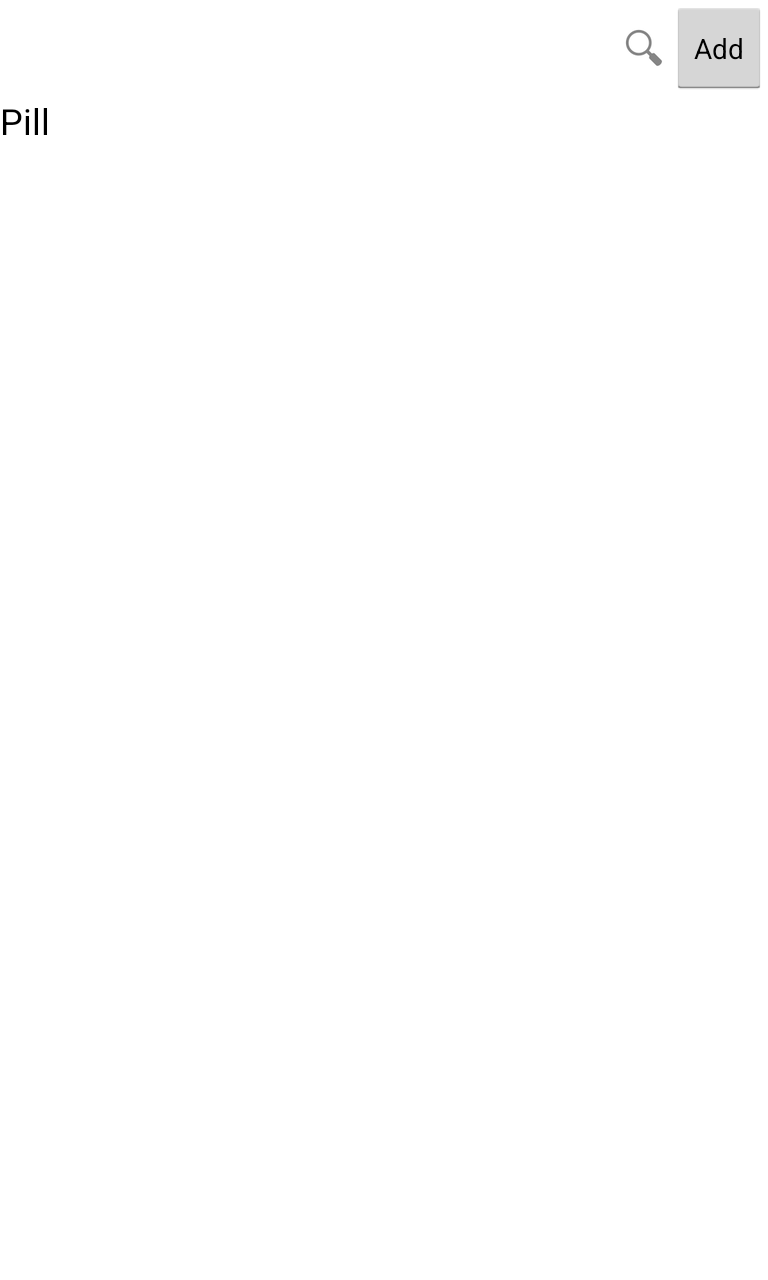
Repository: ranika/pilltracker
Layout: PillTracker/res/layout/fragment_prescription.xml
An editor plug-in stored every save of this project. The layout is shown before and after the next save, followed by the edit.
It is drawn on a 768 x 1280 px phone screen (xhdpi) without system bars, with theme AppTheme; the app's code is not run.

Above is the layout before, as saved 2014-04-10 03:44:46.

### PillTracker/res/layout/fragment_prescription.xml
<RelativeLayout xmlns:android="http://schemas.android.com/apk/res/android"
    android:layout_width="fill_parent"
    android:layout_height="fill_parent" >

    <Button
        android:id="@+id/button1"
        style="?android:attr/buttonStyleSmall"
        android:layout_width="wrap_content"
        android:layout_height="wrap_content"
        android:layout_alignParentRight="true"
        android:layout_alignParentTop="true"
        android:text="@string/add" />

    <SearchView
        android:id="@+id/searchView1"
        android:layout_width="wrap_content"
        android:layout_height="wrap_content"
        android:layout_alignParentRight="true"
        android:layout_alignParentTop="true"
        android:layout_marginRight="34dp" >
    </SearchView>

    <TextView
        android:id="@+id/textView1"
        android:layout_width="wrap_content"
        android:layout_height="wrap_content"
        android:layout_alignParentLeft="true"
        android:layout_below="@+id/searchView1"
        android:text="@string/pill"
        android:textAppearance="?android:attr/textAppearanceMedium" />

</RelativeLayout>

### PillTracker/res/values/strings.xml
<?xml version="1.0" encoding="utf-8"?>
<resources>

    <string name="app_name">Pill Tracker</string>
    <string name="med_log">Medication Log</string>
    <string name="prescriptions">Prescriptions</string>
    <string name="reminders">Reminders</string>
    <string name="doctors">Doctors</string>
    <string name="pharmacies">Pharmacies</string>
    <string name="notes">Notes</string>
    <string name="settings">Settings</string>
    <color name="black">#CCCCCC</color>
    <string name="title_activity_med_log">Medication Log</string>
    <string name="today">Today</string>
    <string name="ten_am">10 AM</string>
    <string name="pill">Pill</string>
    <string name="vitamin">Vitamin</string>
    <string name="ten_pm">10 PM</string>
    <string name="nasal">Nasal Spray</string>
    <string name="title_activity_prescription">Prescriptions</string>
    <string name="add">Add</string>

</resources>

Loaded but not shown: PillTracker/res/values/styles.xml (common file); PillTracker/res/values-v11/styles.xml (common file); PillTracker/res/values-v14/styles.xml (common file)

After the next save:
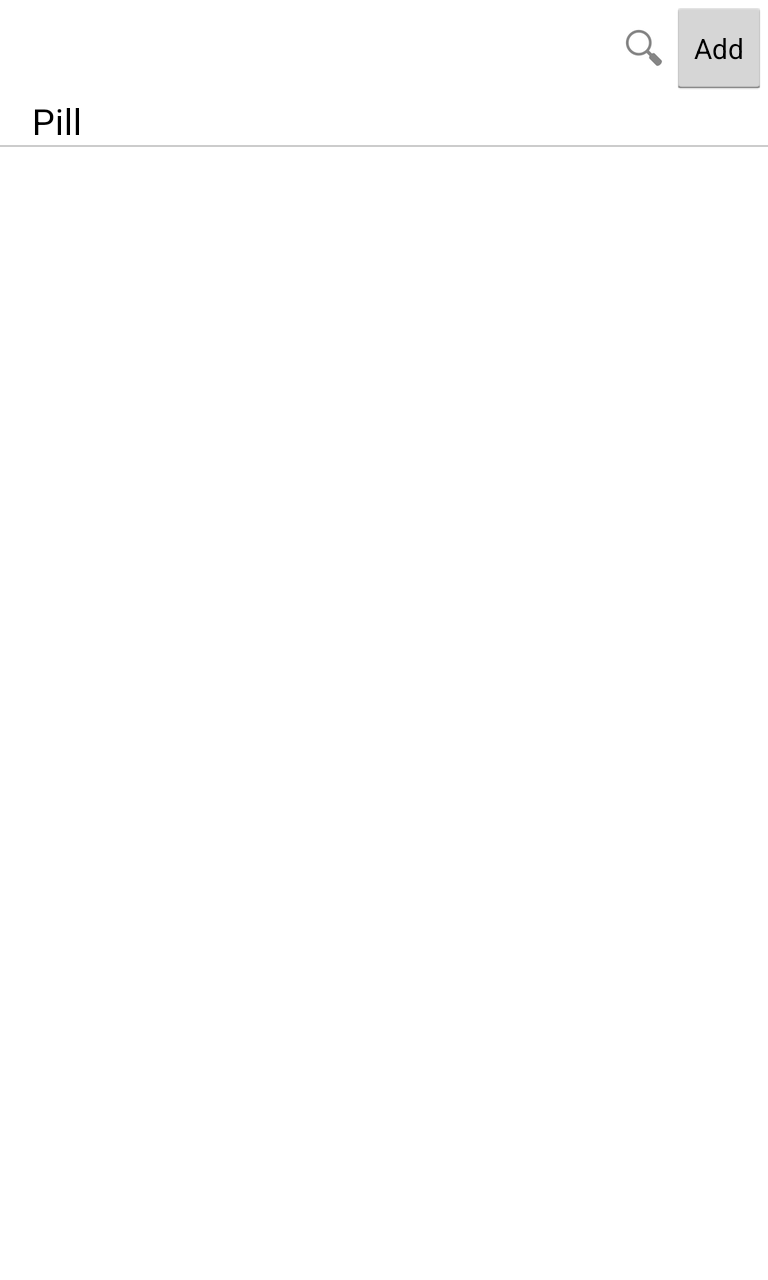
Saved 38 s later.
--- a/PillTracker/res/layout/fragment_prescription.xml
+++ b/PillTracker/res/layout/fragment_prescription.xml
@@ -26,7 +26,16 @@
         android:layout_height="wrap_content"
         android:layout_alignParentLeft="true"
         android:layout_below="@+id/searchView1"
+        android:layout_marginLeft="16dp"
         android:text="@string/pill"
         android:textAppearance="?android:attr/textAppearanceMedium" />
 
+    <View
+        android:layout_width="fill_parent"
+        android:layout_height="1dp"
+        android:layout_alignParentLeft="true"
+        android:layout_below="@+id/textView1"
+        android:background="@color/black"
+        android:paddingTop="20dp" />
+
 </RelativeLayout>
